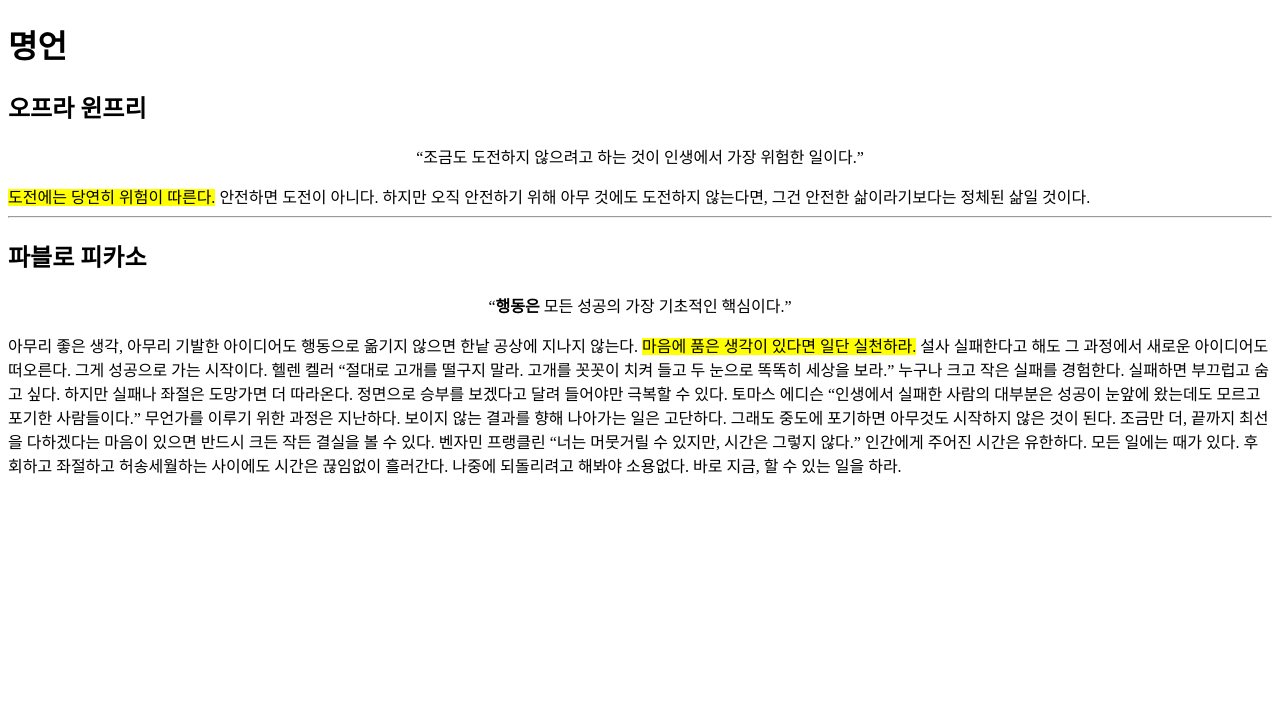
Repository: sinsujung/client
Page: ClientTest/src/main/webapp/문제/ex06.html
An editor plug-in stored every save of this project. The page is shown before and after the next save, followed by the edit.
The browser window is 1280 px wide. The pictures show the whole page.

Above is the page before, as saved 2023-09-20 08:40:27.

### ClientTest/src/main/webapp/문제/ex06.html
<!DOCTYPE html>
<html>
<head>
<meta charset="UTF-8">
<title>Insert title here</title>
</head>
<body>
<h1>명언</h1>
<h2>오프라 윈프리</h2>
<p align = "center">“조금도 도전하지 않으려고 하는 것이 인생에서 가장 위험한 일이다.”</p>
<font style="background-color: yellow;">도전에는 당연히 위험이 따른다.</font> 안전하면 도전이 아니다. 하지만 오직 안전하기 위해 아무 것에도 도전하지 않는다면, 그건 안전한 삶이라기보다는 정체된 삶일 것이다.
<hr>
<h2>파블로 피카소</h2>
<p align = "center">“<strong>행동은</strong> 모든 성공의 가장 기초적인 핵심이다.”</p>
아무리 좋은 생각, 아무리 기발한 아이디어도 행동으로 옮기지 않으면 한낱 공상에 지나지 않는다. <font style="background-color: yellow;">마음에 품은 생각이 있다면 일단 실천하라.</font> 설사 실패한다고 해도 그 과정에서 새로운 아이디어도 떠오른다. 그게 성공으로 가는 시작이다.

헬렌 켈러
“절대로 고개를 떨구지 말라. 고개를 꼿꼿이 치켜 들고 두 눈으로 똑똑히 세상을 보라.”
누구나 크고 작은 실패를 경험한다. 실패하면 부끄럽고 숨고 싶다. 하지만 실패나 좌절은 도망가면 더 따라온다. 정면으로 승부를 보겠다고 달려 들어야만 극복할 수 있다.

토마스 에디슨
“인생에서 실패한 사람의 대부분은 성공이 눈앞에 왔는데도 모르고 포기한 사람들이다.”
무언가를 이루기 위한 과정은 지난하다. 보이지 않는 결과를 향해 나아가는 일은 고단하다. 그래도 중도에 포기하면 아무것도 시작하지 않은 것이 된다. 조금만 더, 끝까지 최선을 다하겠다는 마음이 있으면 반드시 크든 작든 결실을 볼 수 있다.

벤자민 프랭클린
“너는 머뭇거릴 수 있지만, 시간은 그렇지 않다.”
인간에게 주어진 시간은 유한하다. 모든 일에는 때가 있다. 후회하고 좌절하고 허송세월하는 사이에도 시간은 끊임없이 흘러간다. 나중에 되돌리려고 해봐야 소용없다. 바로 지금, 할 수 있는 일을 하라.
</body>
</html>

After the next save:
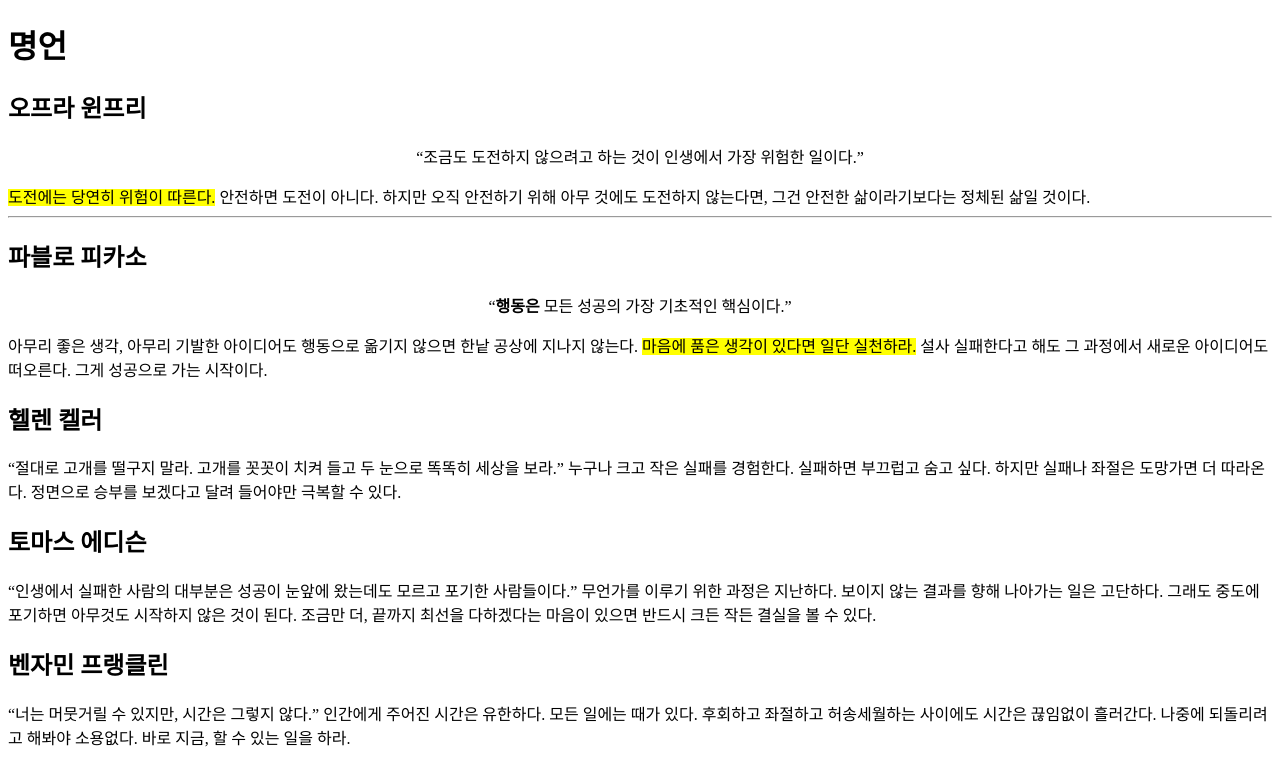
Saved 17 s later.
--- a/ClientTest/src/main/webapp/문제/ex06.html
+++ b/ClientTest/src/main/webapp/문제/ex06.html
@@ -14,15 +14,15 @@
 <p align = "center">“<strong>행동은</strong> 모든 성공의 가장 기초적인 핵심이다.”</p>
 아무리 좋은 생각, 아무리 기발한 아이디어도 행동으로 옮기지 않으면 한낱 공상에 지나지 않는다. <font style="background-color: yellow;">마음에 품은 생각이 있다면 일단 실천하라.</font> 설사 실패한다고 해도 그 과정에서 새로운 아이디어도 떠오른다. 그게 성공으로 가는 시작이다.
 
-헬렌 켈러
+<h2>헬렌 켈러</h2>
 “절대로 고개를 떨구지 말라. 고개를 꼿꼿이 치켜 들고 두 눈으로 똑똑히 세상을 보라.”
 누구나 크고 작은 실패를 경험한다. 실패하면 부끄럽고 숨고 싶다. 하지만 실패나 좌절은 도망가면 더 따라온다. 정면으로 승부를 보겠다고 달려 들어야만 극복할 수 있다.
 
-토마스 에디슨
+<h2>토마스 에디슨</h2>
 “인생에서 실패한 사람의 대부분은 성공이 눈앞에 왔는데도 모르고 포기한 사람들이다.”
 무언가를 이루기 위한 과정은 지난하다. 보이지 않는 결과를 향해 나아가는 일은 고단하다. 그래도 중도에 포기하면 아무것도 시작하지 않은 것이 된다. 조금만 더, 끝까지 최선을 다하겠다는 마음이 있으면 반드시 크든 작든 결실을 볼 수 있다.
 
-벤자민 프랭클린
+<h2>벤자민 프랭클린</h2>
 “너는 머뭇거릴 수 있지만, 시간은 그렇지 않다.”
 인간에게 주어진 시간은 유한하다. 모든 일에는 때가 있다. 후회하고 좌절하고 허송세월하는 사이에도 시간은 끊임없이 흘러간다. 나중에 되돌리려고 해봐야 소용없다. 바로 지금, 할 수 있는 일을 하라.
 </body>
